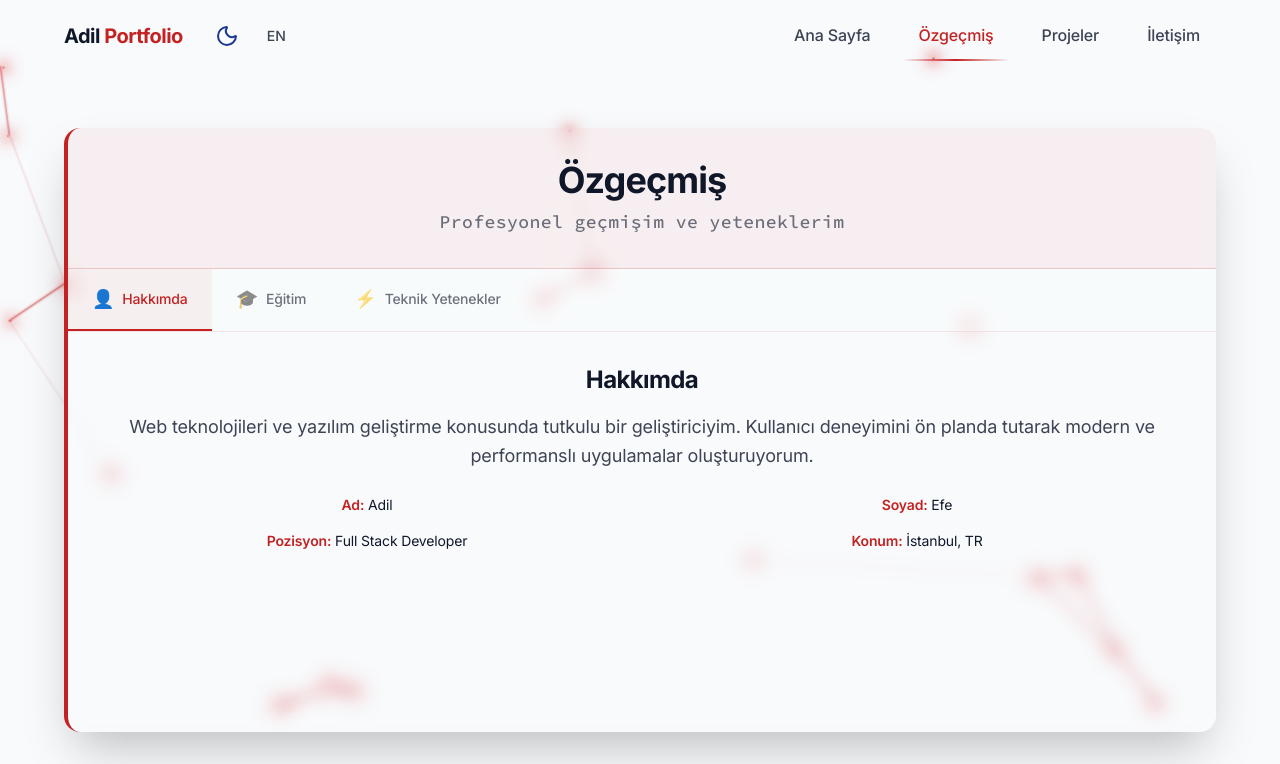
Repository: jusiann/personal-portfolio
Page: /tr/resume (app in my-portfolio/)
These files come from the project's save history. The page is drawn as it stood at one moment and after the next save; the edit follows.
The browser window is 1280 px wide. The pictures show the whole page.
The project was rebuilt for these pictures with package versions that can differ from the ones it lists, and the page was loaded fresh each time. Also part of the build but not shown: my-portfolio/vite.config.js, my-portfolio/src/components/HomeImage.jsx, my-portfolio/src/components/SocialLinks.jsx, my-portfolio/src/components/HomeCard.jsx, my-portfolio/src/pages/Home.jsx, my-portfolio/src/pages/Projects.jsx, my-portfolio/src/pages/Contact.jsx, my-portfolio/src/pages/NotFound.jsx.

Above is the page before, as saved 2025-11-20 20:34:15.

### my-portfolio/index.html
<!doctype html>
<html lang="en">
  <head>
    <meta charset="UTF-8" />
    <link rel="icon" type="image/svg+xml" href="/vite.svg" />
    <meta name="viewport" content="width=device-width, initial-scale=1.0" />
    <link rel="preconnect" href="https://fonts.googleapis.com">
    <link rel="preconnect" href="https://fonts.gstatic.com" crossorigin>
    <link href="https://fonts.googleapis.com/css2?family=Inter:wght@300;400;500;600;700;800&family=Source+Code+Pro:wght@400;500;600&display=swap" rel="stylesheet">
    <title>my-portfolio</title>
  </head>
  <body>
    <div id="root"></div>
    <script type="module" src="/src/main.jsx"></script>
  </body>
</html>

### my-portfolio/src/App.jsx
import { BrowserRouter, Routes, Route, Navigate, useLocation } from "react-router-dom"
import { AnimatePresence } from "framer-motion"
import { Home } from "./pages/Home";
import { Resume } from "./pages/Resume";
import { Projects } from "./pages/Projects";
import { Contact } from "./pages/Contact";
import { NotFound } from "./pages/NotFound";

function AnimatedRoutes() {
  const location = useLocation();

  return (
    <AnimatePresence mode="wait">
      <Routes location={location} key={location.pathname}>

        {/* TURKISH ROUTES */}
        <Route path="/" element={<Navigate to="/en" replace />} />
        <Route path="/tr" element={<Home />}/>
        <Route path="/tr/resume" element={<Resume />}/>
        <Route path="/tr/projects" element={<Projects />}/>
        <Route path="/tr/contact" element={<Contact />}/>

        {/* ENGLISH ROUTES */}
        <Route path="/en" element={<Home />}/>
        <Route path="/en/resume" element={<Resume />}/>
        <Route path="/en/projects" element={<Projects />}/>
        <Route path="/en/contact" element={<Contact />}/>
        <Route path="*" element={<NotFound />} />
      </Routes>
    </AnimatePresence>
  );
}

function App() {
  return (
    <BrowserRouter>
      <AnimatedRoutes />
    </BrowserRouter>
  )
}

export default App

### my-portfolio/src/pages/Resume.jsx
import {CrimsonWebBackground} from "../components/CrimsonWebBackground";
import {Navbar} from "../components/Navbar";
import {PageTransition} from "../components/PageTransition";
import {ResumeCard} from "../components/ResumeCard";


export const Resume = () => {

    return (
        <PageTransition>
        <div className="
                        min-h-screen
                        bg-background
                        text-foreground
                        overflow-x-hidden">
            {/* BACKGROUND EFFECTS */}
            <CrimsonWebBackground />

            {/* NAVBAR */}
            <Navbar />

            {/* MAIN CONTENT */}
            <ResumeCard />

            {/* FOOTER */}
        </div>
        </PageTransition>
    );
};

### my-portfolio/src/components/PageTransition.jsx
import {motion} from 'framer-motion';

export const PageTransition = ({ children }) => {
    return (
        <>
            {children}

            {/* LEFT TRIANGLE */}
            <motion.div
                className="fixed inset-0 bg-background z-100 pointer-events-none"
                style={{
                    clipPath: 'polygon(0% 0%, 100% 0%, 0% 100%)',
                }}
                initial={{ x: '0%' }}
                animate={{ x: '-100%' }}
                transition={{
                    duration: 0.6,
                    ease: [0.65, 0, 0.35, 1],
                    delay: 0.4
                }}
            />

            {/* RIGHT TRIANGLE */}
            <motion.div
                className="fixed inset-0 bg-background z-100 pointer-events-none"
                style={{
                    clipPath: 'polygon(100% 0%, 100% 100%, 0% 100%)',
                }}
                initial={{ x: '0%' }}
                animate={{ x: '100%' }}
                transition={{
                    duration: 0.6,
                    ease: [0.65, 0, 0.35, 1],
                    delay: 0.4
                }}
            />

            {/* RED DIAGONAL LINE */}
            <motion.div
                className="fixed inset-0 pointer-events-none z-101"
                style={{
                    background: 'linear-gradient(to bottom right, transparent calc(50% - 2px), rgb(220, 38, 38) calc(50% - 2px), rgb(220, 38, 38) calc(50% + 2px), transparent calc(50% + 2px))',
                    filter: 'drop-shadow(0 0 8px rgb(220, 38, 38))',
                }}
                initial={{ opacity: 1 }}
                animate={{ opacity: 0 }}
                transition={{
                    duration: 0.3,
                    ease: "easeOut",
                    delay: 0.3
                }}
            />
        </>
    );
};

### my-portfolio/src/components/ResumeCard.jsx
import { useState } from "react";
import { useLanguage } from "../lib/utils";
import { cn } from "../lib/utils";

export const ResumeCard = () => {
    const { t } = useLanguage();
    const [activeTab, setActiveTab] = useState('about');

    const tabs = [
        { id: 'about', label: t('resume_about_title'), icon: '👤' },
        { id: 'education', label: t('resume_education_title'), icon: '🎓' },
        { id: 'skills', label: t('resume_skills_title'), icon: '⚡' },
    ];

    const renderContent = () => {
        switch (activeTab) {
            case 'about':
                return (
                    <div className="animate-fade-in">
                        <h3 className="text-2xl font-heading font-bold text-foreground mb-4">
                            {t('resume_about_title')}
                        </h3>
                        <p className="text-foreground/80 leading-relaxed text-lg">
                            {t('profile_tagline')}
                        </p>
                        <div className="mt-6 grid grid-cols-2 gap-4 text-sm">
                            <div>
                                <span className="text-primary font-semibold">Ad:</span> {t('profile_name')}
                            </div>
                            <div>
                                <span className="text-primary font-semibold">Soyad:</span> {t('profile_surname')}
                            </div>
                            <div>
                                <span className="text-primary font-semibold">Pozisyon:</span> {t('hero_subtitle')}
                            </div>
                            <div>
                                <span className="text-primary font-semibold">Konum:</span> İstanbul, TR
                            </div>
                        </div>
                    </div>
                );
            case 'education':
                return (
                    <div className="animate-fade-in">
                        <h3 className="text-2xl font-heading font-bold text-foreground mb-6">
                            {t('resume_education_title')}
                        </h3>
                        <div className="space-y-4">
                            <div className="border-l-4 border-primary pl-4">
                                <h4 className="text-lg font-semibold text-foreground">
                                    Bilgisayar Mühendisliği
                                </h4>
                                <p className="text-primary font-medium">
                                    İstanbul Teknik Üniversitesi
                                </p>
                                <p className="text-sm text-foreground/60">
                                    2018 - 2022
                                </p>
                            </div>
                            <div className="border-l-4 border-primary/50 pl-4">
                                <h4 className="text-lg font-semibold text-foreground">
                                    Lise Diploması
                                </h4>
                                <p className="text-primary/80 font-medium">
                                    Fen Lisesi
                                </p>
                                <p className="text-sm text-foreground/60">
                                    2014 - 2018
                                </p>
                            </div>
                        </div>
                    </div>
                );
            case 'skills':
                return (
                    <div className="animate-fade-in">
                        <h3 className="text-2xl font-heading font-bold text-foreground mb-6">
                            {t('resume_skills_title')}
                        </h3>
                        <div className="grid grid-cols-1 md:grid-cols-2 gap-6">
                            <div>
                                <h4 className="text-lg font-semibold text-primary mb-3">
                                    {t('resume_skills_frontend')}
                                </h4>
                                <div className="flex flex-wrap gap-2">
                                    {['React', 'JavaScript', 'TypeScript', 'Tailwind CSS', 'HTML5', 'CSS3'].map(skill => (
                                        <span
                                            key={skill}
                                            className="px-3 py-1 bg-primary/10 text-primary rounded-full text-sm font-medium"
                                        >
                                            {skill}
                                        </span>
                                    ))}
                                </div>
                            </div>
                            <div>
                                <h4 className="text-lg font-semibold text-primary mb-3">
                                    {t('resume_skills_backend')}
                                </h4>
                                <div className="flex flex-wrap gap-2">
                                    {['Node.js', 'Express', 'MongoDB', 'PostgreSQL', 'Python', 'Django'].map(skill => (
                                        <span
                                            key={skill}
                                            className="px-3 py-1 bg-primary/10 text-primary rounded-full text-sm font-medium"
                                        >
                                            {skill}
                                        </span>
                                    ))}
                                </div>
                            </div>
                            <div>
                                <h4 className="text-lg font-semibold text-primary mb-3">
                                    {t('resume_skills_tools')}
                                </h4>
                                <div className="flex flex-wrap gap-2">
                                    {['Git', 'Docker', 'VS Code', 'Figma', 'Postman'].map(skill => (
                                        <span
                                            key={skill}
                                            className="px-3 py-1 bg-primary/10 text-primary rounded-full text-sm font-medium"
                                        >
                                            {skill}
                                        </span>
                                    ))}
                                </div>
                            </div>
                            <div>
                                <h4 className="text-lg font-semibold text-primary mb-3">
                                    {t('resume_skills_languages')}
                                </h4>
                                <div className="space-y-2">
                                    <div className="flex justify-between">
                                        <span>Türkçe</span>
                                        <span className="text-primary">Native</span>
                                    </div>
                                    <div className="flex justify-between">
                                        <span>English</span>
                                        <span className="text-primary">Advanced</span>
                                    </div>
                                </div>
                            </div>
                        </div>
                    </div>
                );
            default:
                return null;
        }
    };

    return (
        <div className="relative w-[90%] mx-auto min-h-[calc(100vh-8rem)] flex items-center justify-center pt-32 pb-8">
            <div className="w-full max-w-6xl">
                <div
                    className="
                        relative
                        bg-card/10
                        backdrop-blur-sm
                        rounded-2xl
                        border-l-4
                        border-primary
                        shadow-2xl
                        overflow-hidden
                        transition-all
                        duration-500
                        hover:scale-[1.01]
                        animate-fade-in
                    "
                >
                    {/* Header */}
                    <div className="bg-primary/5 p-6 md:p-8 border-b border-primary/20">
                        <h1 className="
                            text-3xl
                            md:text-4xl
                            font-heading
                            font-bold
                            text-foreground
                            mb-2
                            tracking-tight
                            animate-fade-in-delay-1
                        ">
                            {t('resume_title')}
                        </h1>
                        <p className="
                            text-lg
                            text-foreground/60
                            font-code
                            animate-fade-in-delay-2
                        ">
                            {t('resume_subtitle')}
                        </p>
                    </div>

                    {/* Tab Navigation */}
                    <div className="bg-background/30 border-b border-primary/10">
                        <div className="flex overflow-x-auto">
                            {tabs.map((tab, index) => (
                                <button
                                    key={tab.id}
                                    onClick={() => setActiveTab(tab.id)}
                                    className={cn(
                                        "flex items-center gap-2 px-6 py-4 text-sm font-medium transition-all duration-200 border-b-2 min-w-fit",
                                        "animate-fade-in-delay-" + (index + 3),
                                        activeTab === tab.id
                                            ? "text-primary border-primary bg-primary/5"
                                            : "text-foreground/60 border-transparent hover:text-foreground hover:bg-primary/5"
                                    )}
                                >
                                    <span className="text-lg">{tab.icon}</span>
                                    {tab.label}
                                </button>
                            ))}
                        </div>
                    </div>

                    {/* Content */}
                    <div className="p-6 md:p-8 min-h-[400px]">
                        {renderContent()}
                    </div>
                </div>

                {/* Glow Effect */}
                <div
                    className="
                        absolute
                        -inset-4
                        bg-primary/5
                        blur-3xl
                        -z-10
                        opacity-50
                        animate-pulse-subtle
                    "
                />
            </div>
        </div>
    );
};

### my-portfolio/src/components/LanguageToggle.jsx
import {useNavigate, useLocation } from 'react-router-dom';
import {cn} from '../lib/utils';

export const LanguageToggle = () => {
    const navigate = useNavigate();
    const location = useLocation();
    const currentLang = location.pathname.startsWith('/en') ? 'en' : 'tr';

    const toggleLanguage = () => {
        const newLang = currentLang === 'tr' ? 'en' : 'tr';
        navigate(`/${newLang}${location.hash}`);
    };

    return (
        <button
            onClick={toggleLanguage}
            className={cn(
                "px-3 py-2 transition-all duration-300",
                "hover:scale-110 active:scale-95",
                "focus:outline-none text-foreground/80 hover:text-foreground",
                "text-sm font-medium uppercase"
            )}
        >
            {currentLang === 'tr' ? 'EN' : 'TR'}
        </button>
    );
};

Loaded but not shown: my-portfolio/src/main.jsx (common file); my-portfolio/src/lib/translations.js (library); my-portfolio/src/lib/utils.js (19 lines, source omitted); my-portfolio/src/index.css (267 lines, source omitted); my-portfolio/src/components/CrimsonWebBackground.jsx (183 lines, source omitted); my-portfolio/src/components/ThemeToggle.jsx (130 lines, source omitted); my-portfolio/src/components/Navbar.jsx (135 lines, source omitted)

After the next save:
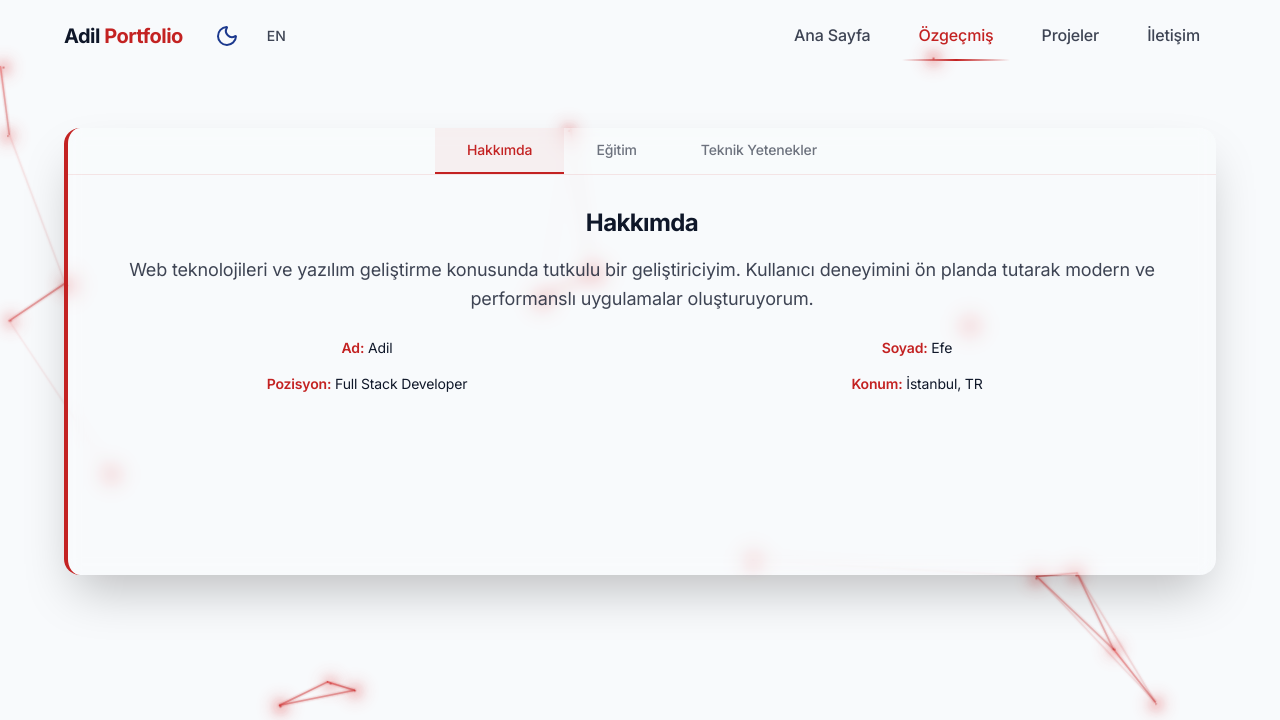
Saved 2 min 54 s later.
--- a/my-portfolio/src/components/ResumeCard.jsx
+++ b/my-portfolio/src/components/ResumeCard.jsx
@@ -7,9 +7,9 @@ export const ResumeCard = () => {
     const [activeTab, setActiveTab] = useState('about');
 
     const tabs = [
-        { id: 'about', label: t('resume_about_title'), icon: '👤' },
-        { id: 'education', label: t('resume_education_title'), icon: '🎓' },
-        { id: 'skills', label: t('resume_skills_title'), icon: '⚡' },
+        { id: 'about', label: t('resume_about_title') },
+        { id: 'education', label: t('resume_education_title') },
+        { id: 'skills', label: t('resume_skills_title') },
     ];
 
     const renderContent = () => {
@@ -165,46 +165,21 @@ export const ResumeCard = () => {
                         animate-fade-in
                     "
                 >
-                    {/* Header */}
-                    <div className="bg-primary/5 p-6 md:p-8 border-b border-primary/20">
-                        <h1 className="
-                            text-3xl
-                            md:text-4xl
-                            font-heading
-                            font-bold
-                            text-foreground
-                            mb-2
-                            tracking-tight
-                            animate-fade-in-delay-1
-                        ">
-                            {t('resume_title')}
-                        </h1>
-                        <p className="
-                            text-lg
-                            text-foreground/60
-                            font-code
-                            animate-fade-in-delay-2
-                        ">
-                            {t('resume_subtitle')}
-                        </p>
-                    </div>
-
                     {/* Tab Navigation */}
                     <div className="bg-background/30 border-b border-primary/10">
-                        <div className="flex overflow-x-auto">
+                        <div className="flex overflow-x-auto justify-center">
                             {tabs.map((tab, index) => (
                                 <button
                                     key={tab.id}
                                     onClick={() => setActiveTab(tab.id)}
                                     className={cn(
-                                        "flex items-center gap-2 px-6 py-4 text-sm font-medium transition-all duration-200 border-b-2 min-w-fit",
-                                        "animate-fade-in-delay-" + (index + 3),
+                                        "px-8 py-3 text-sm font-medium transition-all duration-200 border-b-2 min-w-fit",
+                                        "animate-fade-in-delay-" + (index + 1),
                                         activeTab === tab.id
                                             ? "text-primary border-primary bg-primary/5"
                                             : "text-foreground/60 border-transparent hover:text-foreground hover:bg-primary/5"
                                     )}
                                 >
-                                    <span className="text-lg">{tab.icon}</span>
                                     {tab.label}
                                 </button>
                             ))}
